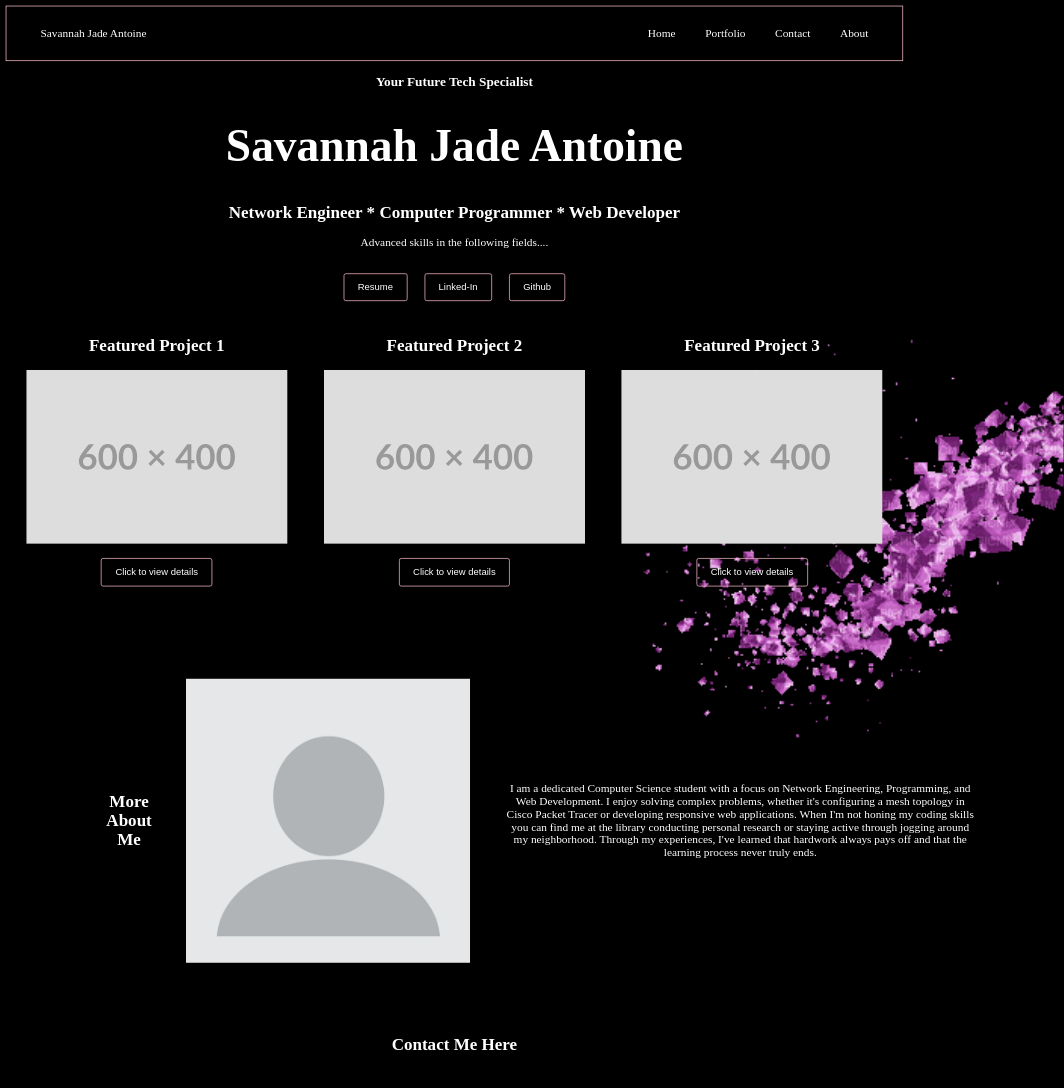
Repository: Savannah-Antoine/Savannah-Antoine
Page: index.html
These files come from the project's save history. The page is drawn as it stood at one moment and after the next save; the edit follows.
The browser window is 1280 px wide. The page is 1498 px wide, so the pictures cover 1498 px, including what lies to the right of the window. The pictures show the whole page, at 71% of full size.

Above is the page before, as saved 2026-05-15 13:48:26.

After the next save:
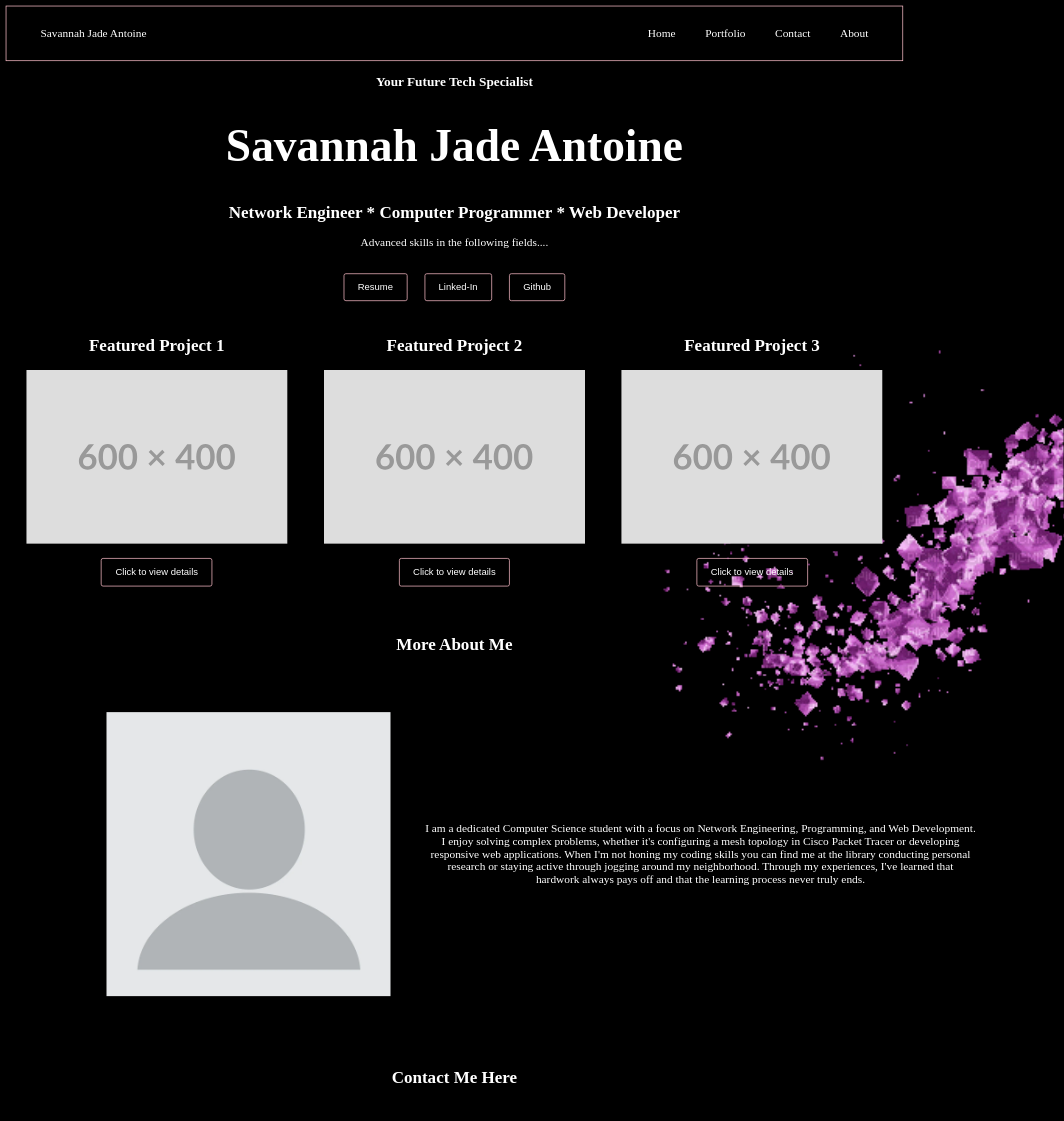
Saved 22 s later.
--- a/index.html
+++ b/index.html
@@ -53,8 +53,9 @@
 </section>
 
 <section id = "AboutMe">
+    <h2>More About Me</h2>
 <div  class = "aboutMe">
-<h2>More About Me</h2>
+
 <img src = "./assets/images/profilepic.png" alt = "profile picture" />
 <p>I am a dedicated Computer Science student with a focus on Network Engineering, Programming, and Web Development.
 I enjoy solving complex problems, whether it's configuring a mesh topology in Cisco Packet Tracer or developing responsive web applications.
